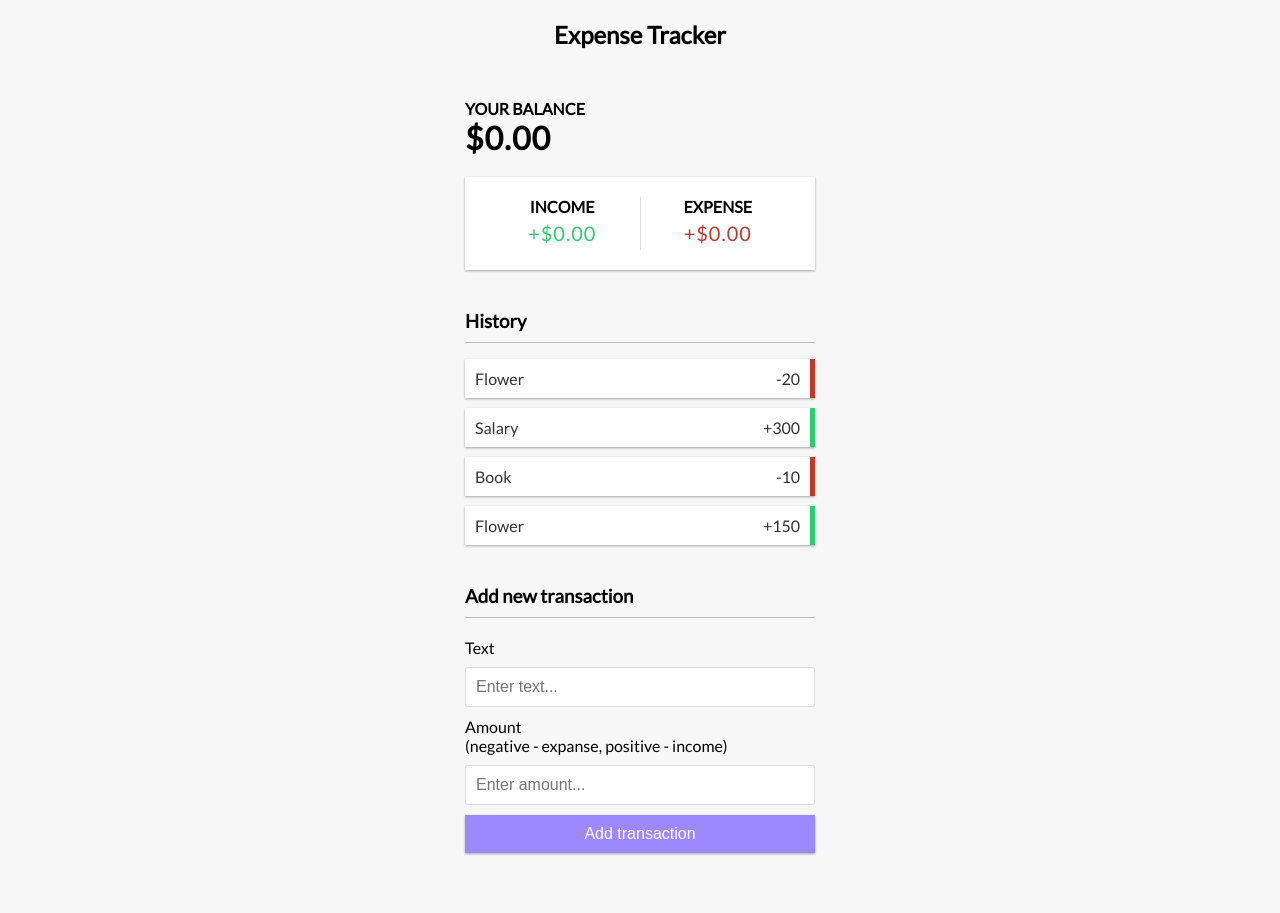
Repository: Youvelop/expenseTracker
Page: index.html
The author's editor kept a copy of each file at every save. The page is drawn from the files as they stood at one save, then again after the next save.
The browser window is 1280 px wide. The pictures show the whole page.

Above is the page before, as saved 2020-06-30 15:04:51.

After the next save:
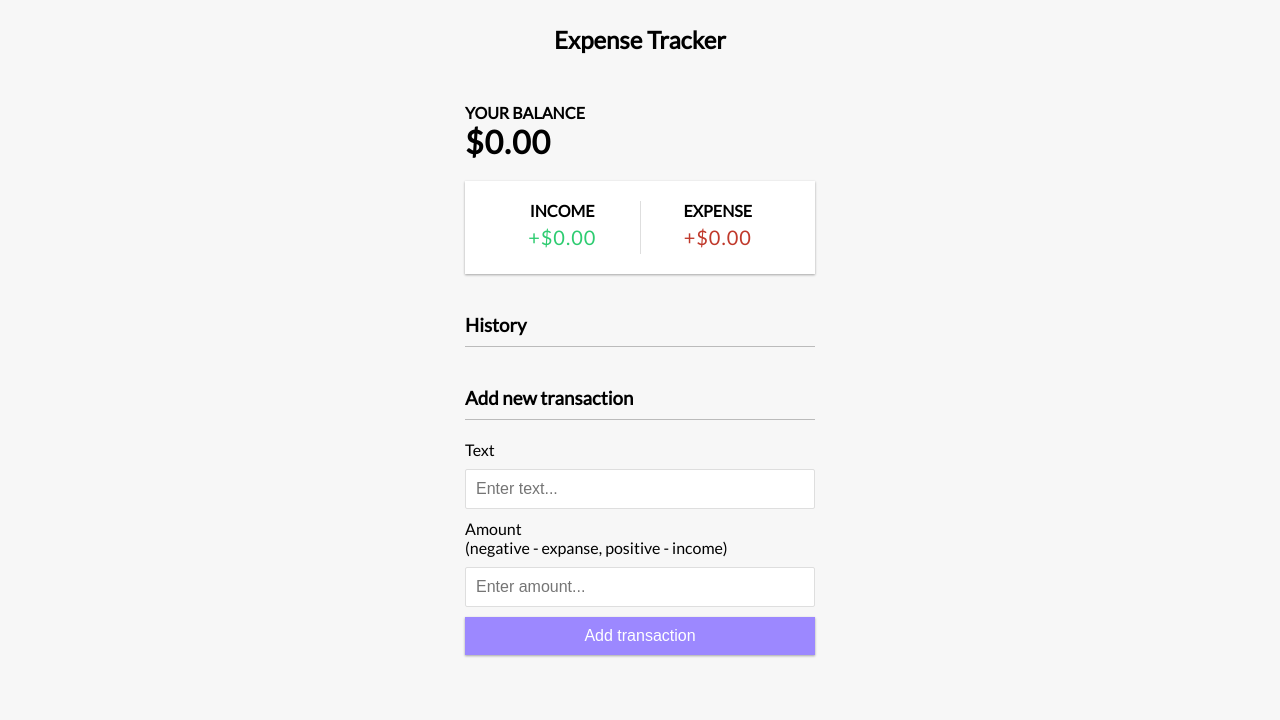
Console error: SyntaxError: Unexpected token '+='
Saved 89 s later.
--- a/script.js
+++ b/script.js
@@ -55,7 +55,8 @@
 
   const total = amounts.reduce((acc, item) => (acc += item), 0).toFixed(2);
 
-  console.log(total);
+  const income = amounts.filter(item = item > 0)
+  .reduce((acc, item) => (acc, += item), 0).toFixed(2);
 }
 
 // Init app

After the save that followed:
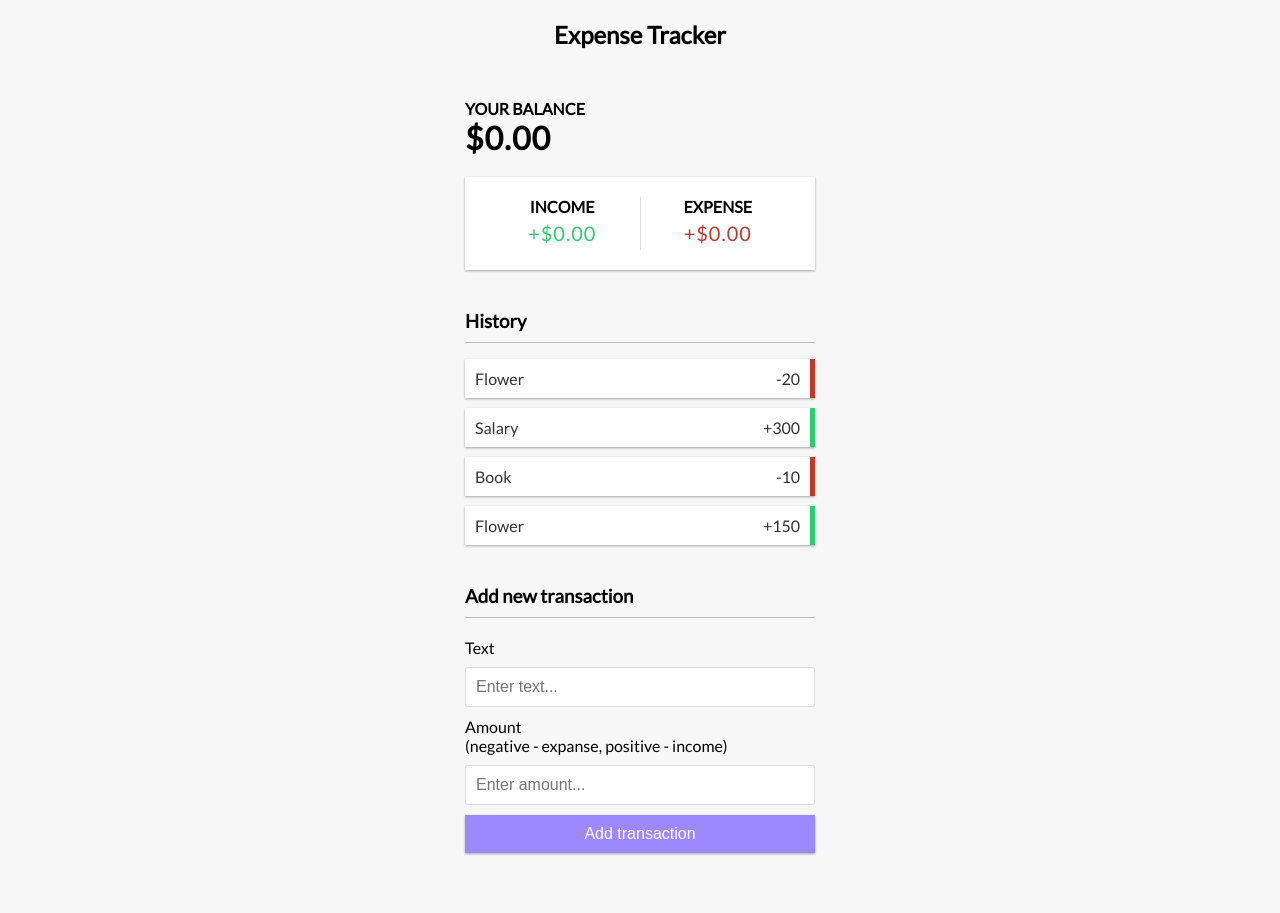
Console error: ReferenceError: item is not defined
Saved 20 s later.
--- a/script.js
+++ b/script.js
@@ -55,8 +55,10 @@
 
   const total = amounts.reduce((acc, item) => (acc += item), 0).toFixed(2);
 
-  const income = amounts.filter(item = item > 0)
-  .reduce((acc, item) => (acc, += item), 0).toFixed(2);
+  const income = amounts
+    .filter((item = item > 0))
+    .reduce((acc, item) => (acc += item), 0)
+    .toFixed(2);
 }
 
 // Init app
